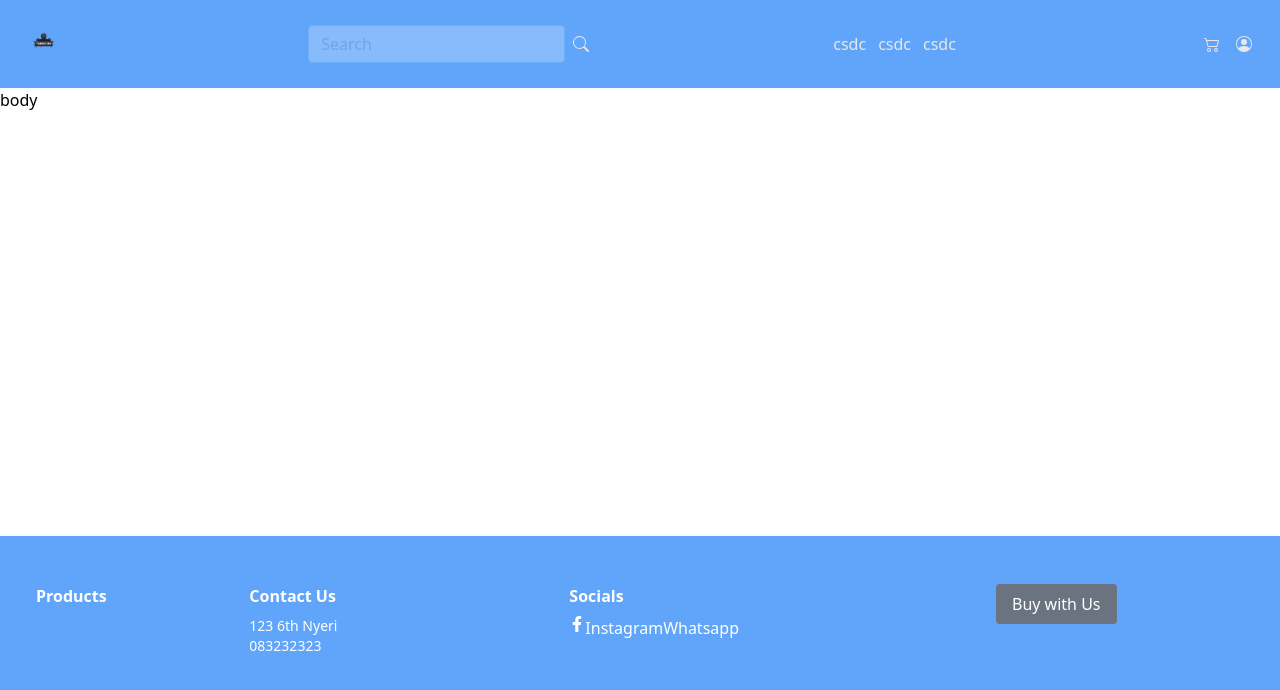
Repository: DevLaukey/Jitu-final
Page: / (app in frontend/)
An editor plug-in stored every save of this project. The page is shown before and after the next save, followed by the edit.
The browser window is 1280 px wide. The pictures show the whole page.
The project was rebuilt for these pictures with package versions that can differ from the ones it lists, and the page was loaded fresh each time.

Above is the page before, as saved 2022-07-13 14:34:06.

### frontend/src/index.js
import React from 'react';
import ReactDOM from 'react-dom/client';
import './index.css';
import App from './App';
import {store } from './redux/store';
import {Provider} from 'react-redux';
const root = ReactDOM.createRoot(document.getElementById('root'));
root.render(
  <Provider store={store}>
    <App />
  </Provider>
);

### frontend/src/App.js
import Footer from "./components/Footer";
import Navbar from "./components/Navbar";

function App() {
  return (
    <div className="">
      <Navbar />
      body
      <Footer />
    </div>
  );
}

export default App;

### frontend/src/components/Footer.js
import React from "react";
import { FaFacebookF } from "react-icons/fa";

function Footer() {
  return (
    <footer class="footer-1 fixed w-full bottom-0 text-white bg-blue-400 py-5 sm:py-12">
        <div class="sm:flex w-full mx-5 justify-between ">
          <div class="sm:w-full px-4 md:w-1/6">
            <strong>Products</strong>
          </div>
          <div class="px-4 sm:w-1/2 md:w-1/4 mt-4 md:mt-0">
            <h6 class="font-bold mb-2">Contact Us</h6>
            <address class="not-italic mb-4 text-sm">
              123 6th Nyeri
              <br />
              083232323
            </address>
          </div>
          <div class="px-4 sm:w-1/2 md:w-1/4 mt-4 md:mt-0">
            <h6 class="font-bold mb-2">Socials</h6>
                      <ul className="flex">
                          <li><FaFacebookF /></li>
                          <li>Instagram</li>
                          <li>Whatsapp</li>
            </ul>
          </div>
          <div class="px-4 md:w-1/4 md:ml-auto mt-6 sm:mt-4 md:mt-0">
            <button class="px-4 py-2 bg-gray-500 hover:bg-gray-700 rounded text-white">
              Buy with Us
            </button>
          </div>
        </div>
    </footer>
  );
}

export default Footer;

### frontend/src/components/Navbar.js
import React from "react";
import logo from "./logo.jpg";
import { BsCart2, BsPersonCircle, BsSearch } from "react-icons/bs";
function Navbar() {
  return (
    <header className="flex space-x-4 items-center justify-between align-middle  p-4 bg-blue-400">
      <div className="text-center ">
        <img className="aspect-square w-14" src={logo} alt="" />
      </div>
      <div class="flex items-center justify-center">
        <div class="input-group flex  items-stretch w-full  rounded">
          <input
            type="search"
            class="form-control  flex-auto min-w-0 block w-full px-3 py-1.5 text-base font-normal   bg-clip-padding border border-solid border-blue-300 rounded transition ease-in-out m-0 focus:text-white-900 focus:bg-white focus:border-blue-600 focus:outline-none opacity-25"
            placeholder="Search"
            aria-label="Search"
            aria-describedby="button-addon2"
          />
          <span
            class="input-group-text flex items-center px-2 py-1.5 text-base font-normal text-gray-200 text-center whitespace-nowrap rounded"
            id="basic-addon2"
          >
            <BsSearch />
          </span>
        </div>
      </div>
      <div>
        <ul className="hidden text-gray-200 py-1.5 md:flex space-x-3 text-center">
          <li>csdc</li>
          <li>csdc</li>
          <li>csdc</li>
        </ul>
      </div>
      <div class="space-x-4 text-gray-200 flex  px-3 py-2.5  text-center whitespace-nowrap rounded">
        <BsCart2 />
        <BsPersonCircle />
      </div>
    </header>
  );
}

export default Navbar;

Loaded but not shown: frontend/public/index.html (common file); frontend/src/index.css (common file); frontend/src/redux/store.js (common file); frontend/tailwind.config.js (common file)

After the next save:
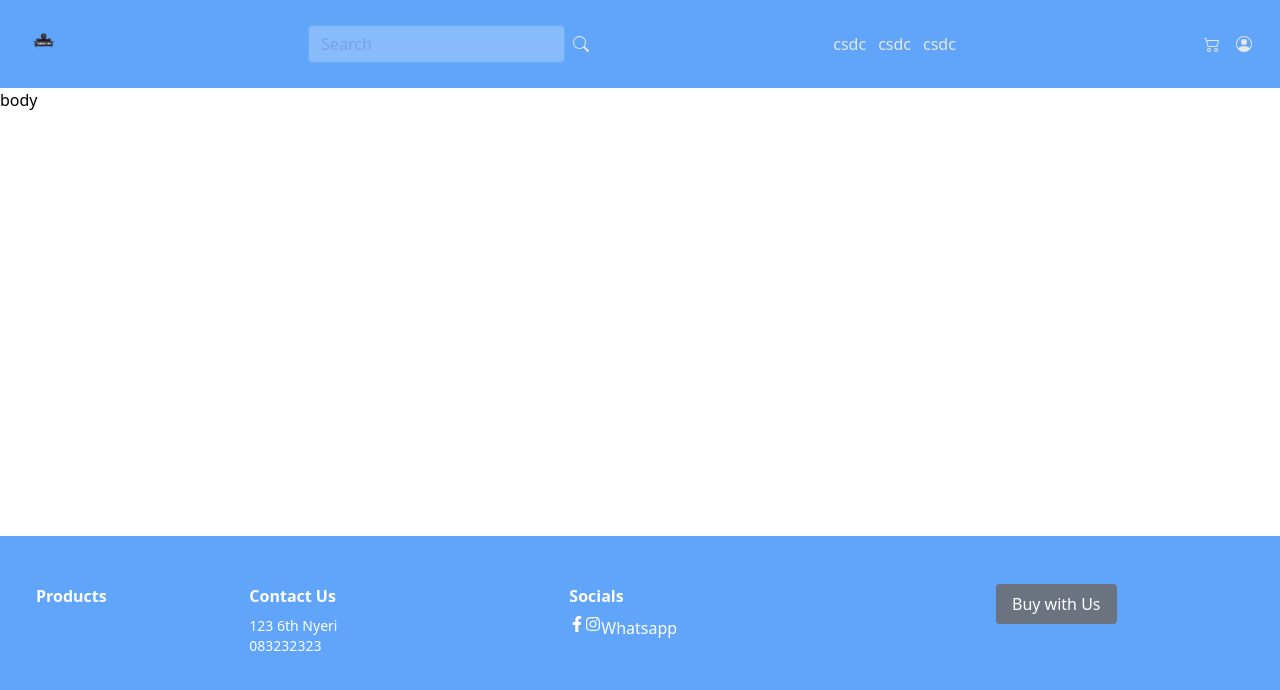
Saved 22 s later.
--- a/frontend/src/components/Footer.js
+++ b/frontend/src/components/Footer.js
@@ -1,5 +1,5 @@
 import React from "react";
-import { FaFacebookF } from "react-icons/fa";
+import { FaFacebookF, FaInstagram } from "react-icons/fa";
 
 function Footer() {
   return (
@@ -20,7 +20,7 @@ function Footer() {
             <h6 class="font-bold mb-2">Socials</h6>
                       <ul className="flex">
                           <li><FaFacebookF /></li>
-                          <li>Instagram</li>
+                          <li><FaInstagram /></li>
                           <li>Whatsapp</li>
             </ul>
           </div>
